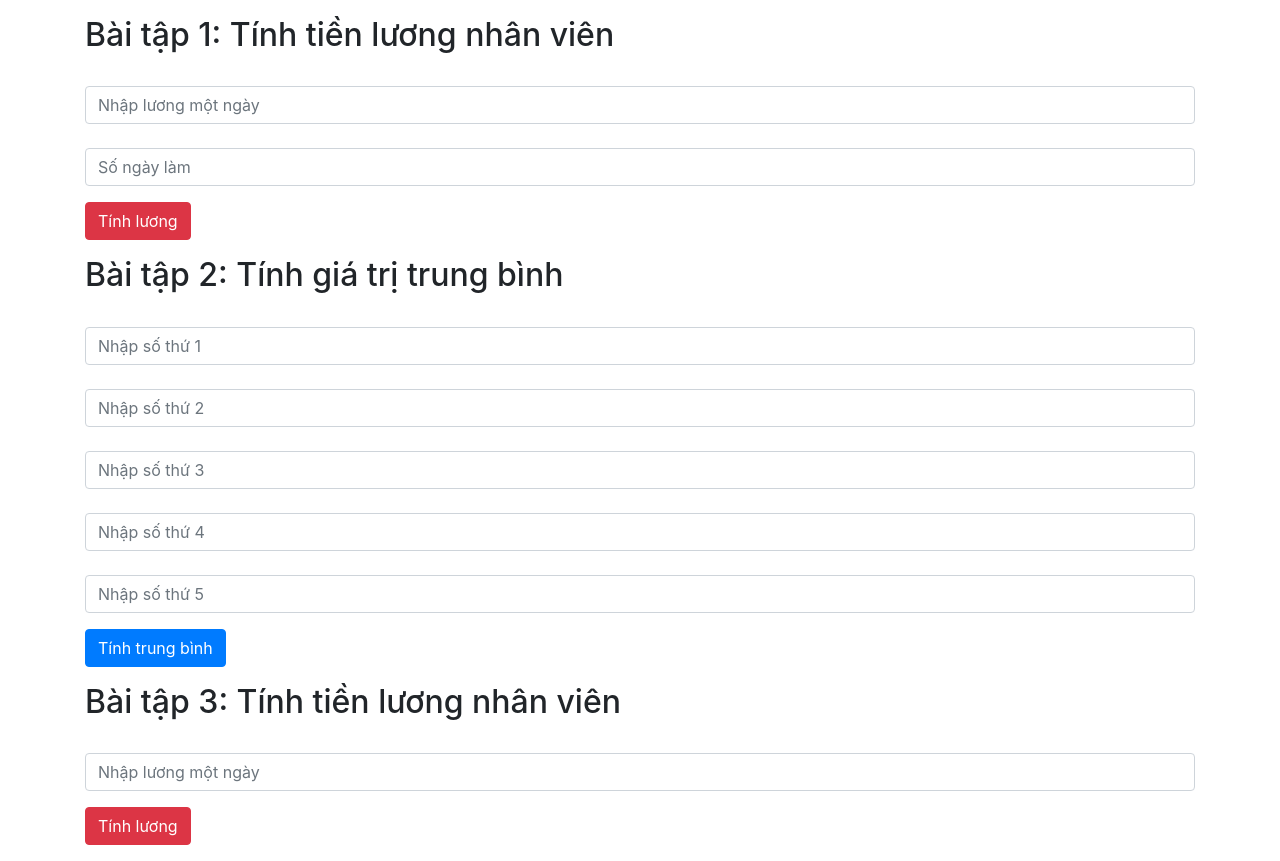
Repository: thanhfrankie/BC10-LeMinhThanh-Js-b2-3
Page: index.html
These files come from the project's save history. The page is drawn as it stood at one moment and after the next save; the edit follows.
The browser window is 1280 px wide. The pictures show the whole page.

Above is the page before, as saved 2023-12-15 15:41:25.

After the next save:
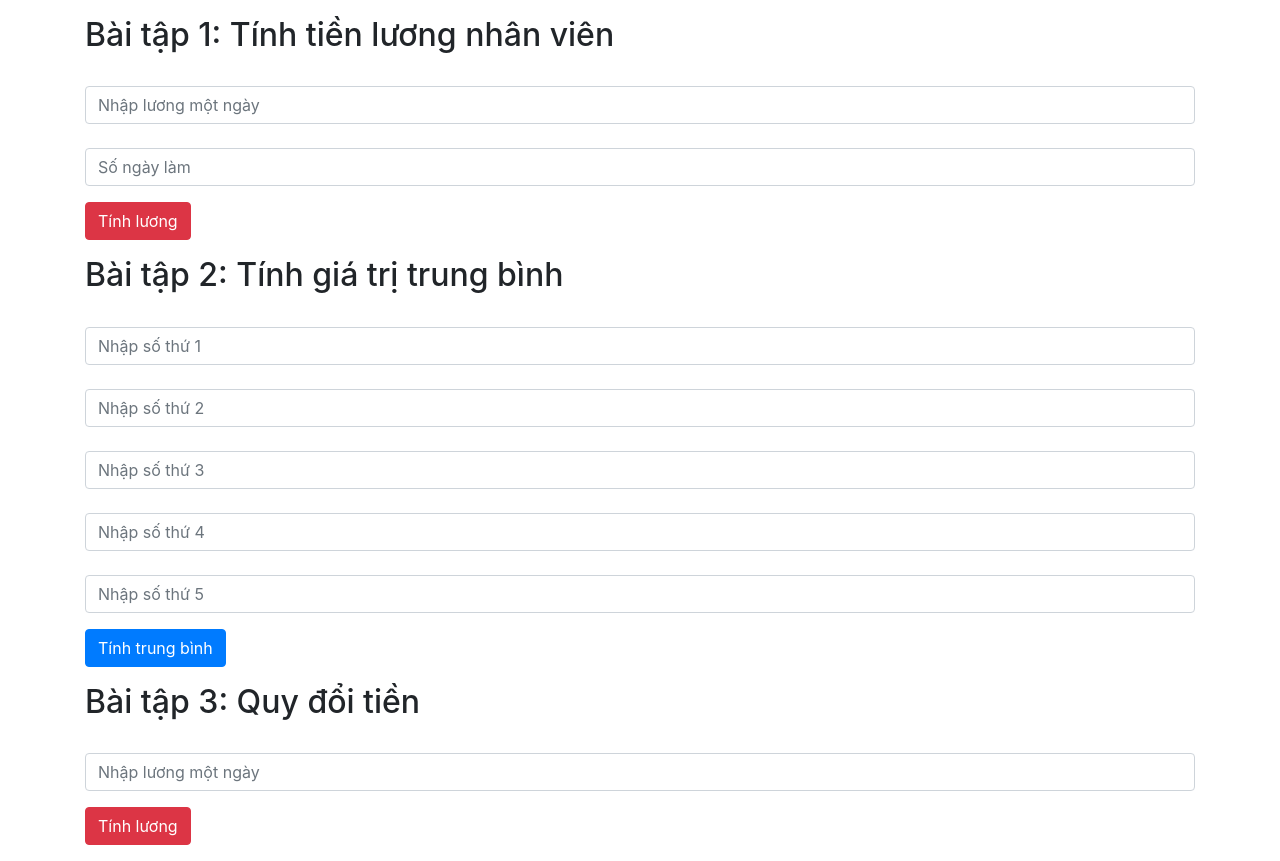
Saved 19 s later.
--- a/index.html
+++ b/index.html
@@ -112,7 +112,7 @@
      -->
 
      <div class="container">
-      <h2 class="mt-3">Bài tập 3: Tính tiền lương nhân viên</h2>
+      <h2 class="mt-3">Bài tập 3: Quy đổi tiền</h2>
       <div class="form-group">
         <label for="luong-mot-ngay"></label>
         <input
